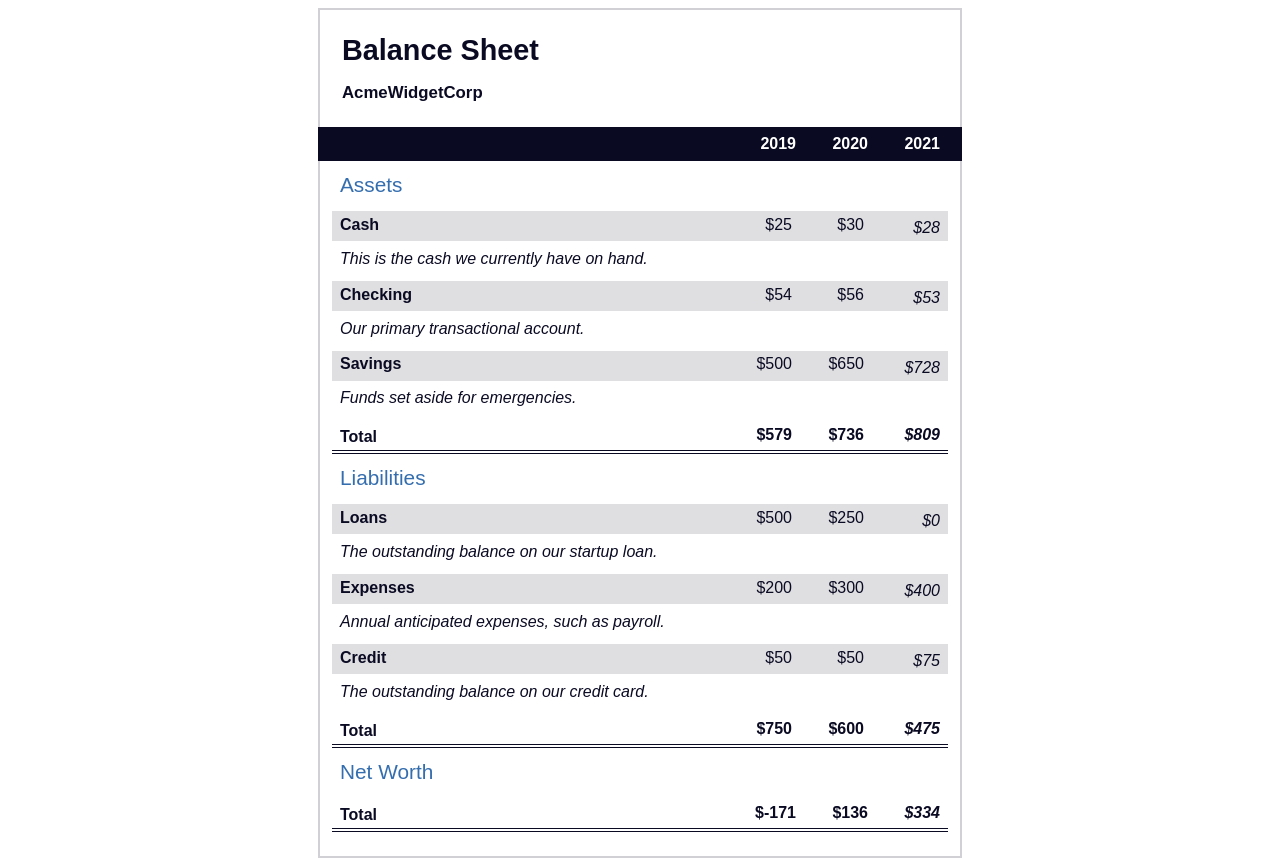
Repository: Pafestivo/Third-Chapter---psuedo-selectors
Page: index.html
An editor plug-in stored every save of this project. The page is shown before and after the next save, followed by the edit.
The browser window is 1280 px wide. The pictures show the whole page.

Above is the page before, as saved 2022-09-04 11:37:05.

After the next save:
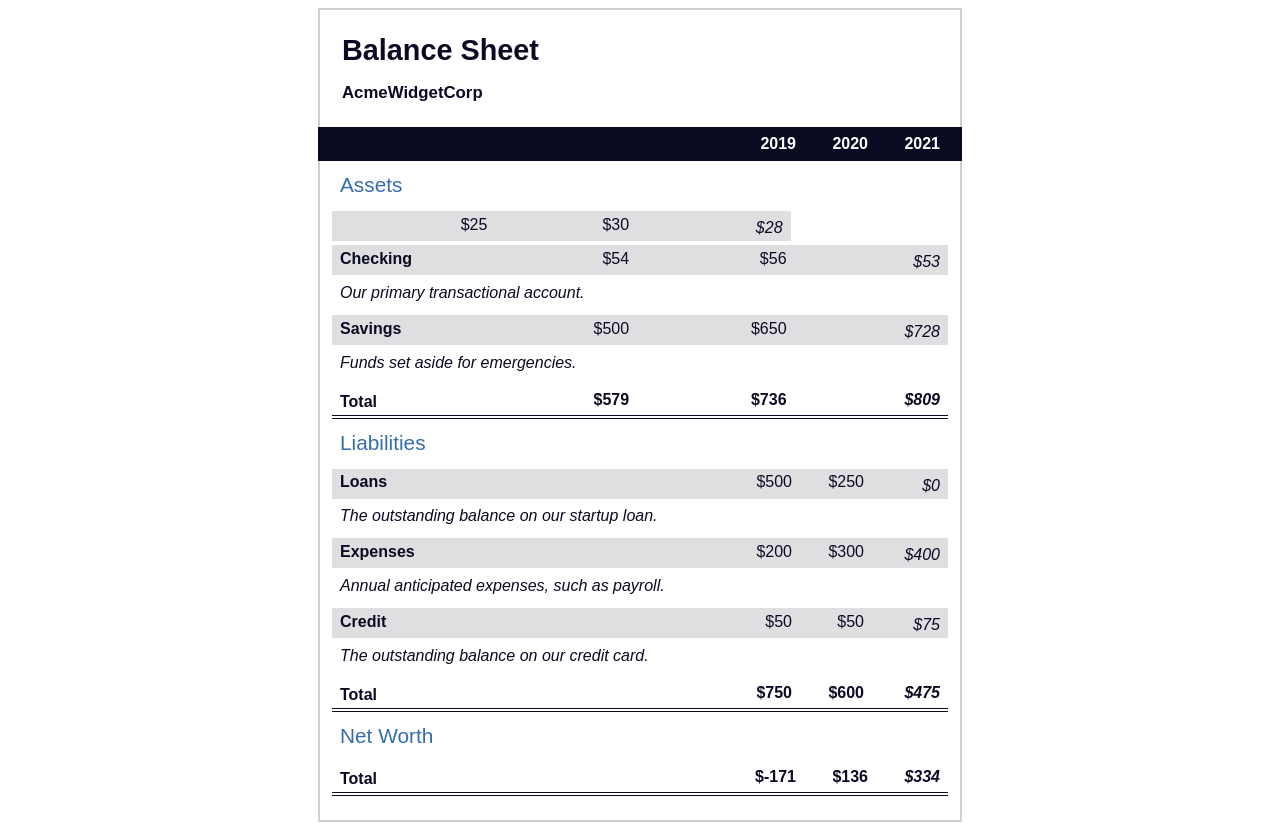
Saved 12 s later.
--- a/index.html
+++ b/index.html
@@ -33,7 +33,6 @@
             </thead>
             <tbody>
               <tr class="data">
-                <th>Cash <span class="description">This is the cash we currently have on hand.</span></th>
                 <td>$25</td>
                 <td>$30</td>
                 <td class="current">$28</td>

After the save that followed:
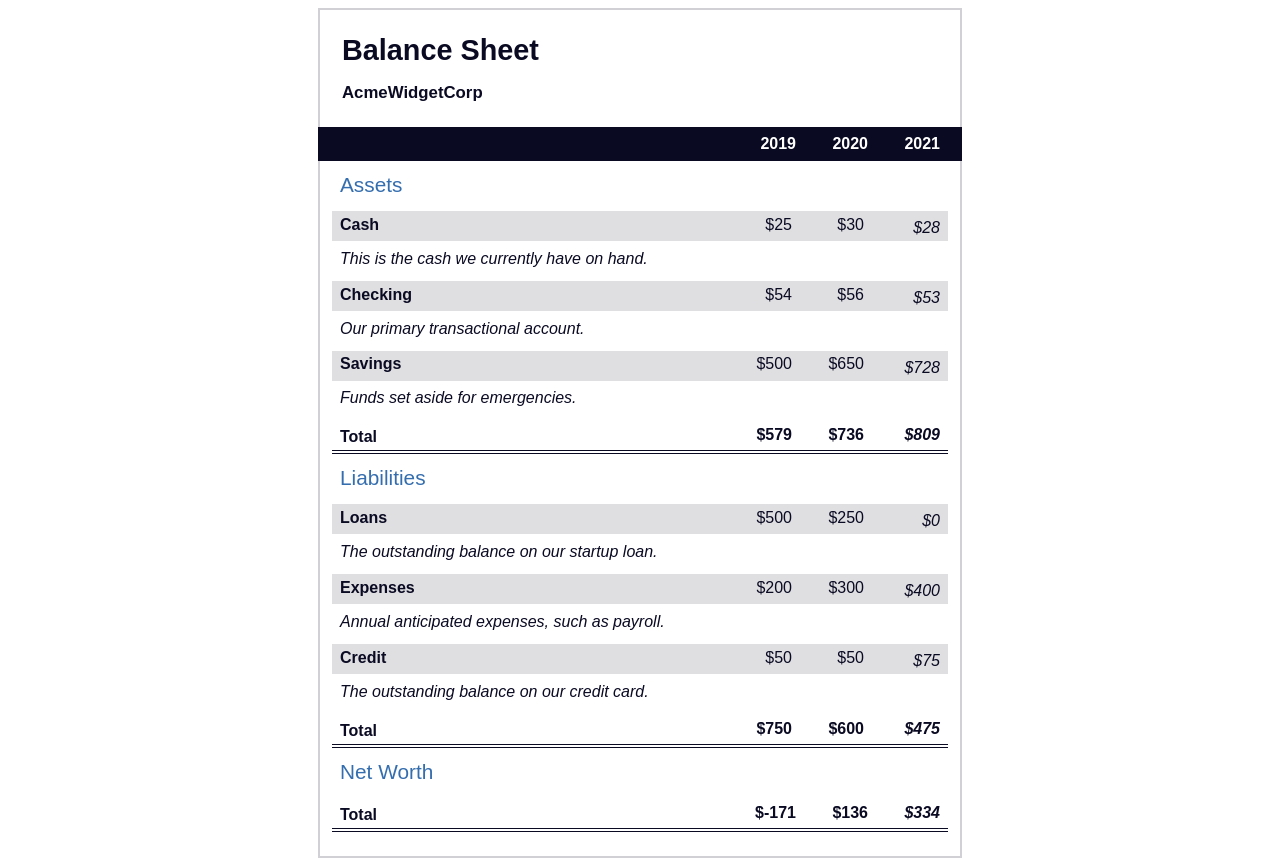
Saved 5 s later.
--- a/index.html
+++ b/index.html
@@ -33,6 +33,7 @@
             </thead>
             <tbody>
               <tr class="data">
+                <th>Cash <span class="description">This is the cash we currently have on hand.</span></th>
                 <td>$25</td>
                 <td>$30</td>
                 <td class="current">$28</td>
